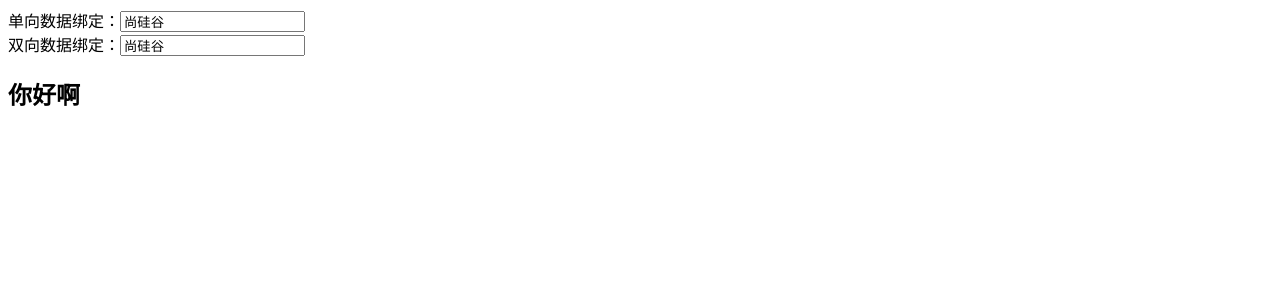
Repository: Lconfident/Learning_Process
Page: Vue/vue_basic/03_数据绑定/数据绑定.html
An editor plug-in stored every save of this project. The page is shown before and after a run of saves, followed by the edit.
The browser window is 1280 px wide. The pictures show the whole page.

Above is the page before, as saved 2023-07-16 09:49:16.

### Vue/vue_basic/03_数据绑定/数据绑定.html
<!DOCTYPE html>
<html lang="en">
<head>
    <meta charset="UTF-8">
    <meta name="viewport" content="width=device-width, initial-scale=1.0">
    <title>Doc</title>
    <!-- 引入Vue -->
    <script type="text/javascript" src="../../js/vue.js"></script>
</head>
<body>
    <!-- 准备好一个容器 -->
    <div id="root">
        <!-- 普通写法 -->
        单向数据绑定：<input type="text" v-bind:value="name"><br>
        双向数据绑定：<input type="text" v-model:value="name"><br>

        <!-- 简写 -->

        <!-- 如下代码是错误的，因为v-model指令只能应用在表单类元素（输入类元素）上 -->
        <h2 v-model:x="name">你好啊</h2>
    </div>

    <script type="text/javascript">
        new Vue({
            el:'#root',
            data:{
                name:'尚硅谷'
            }
        })
    </script>
</body>
</html>

Loaded but not shown: Vue/js/vue.js (library)

After the next 2 saves:
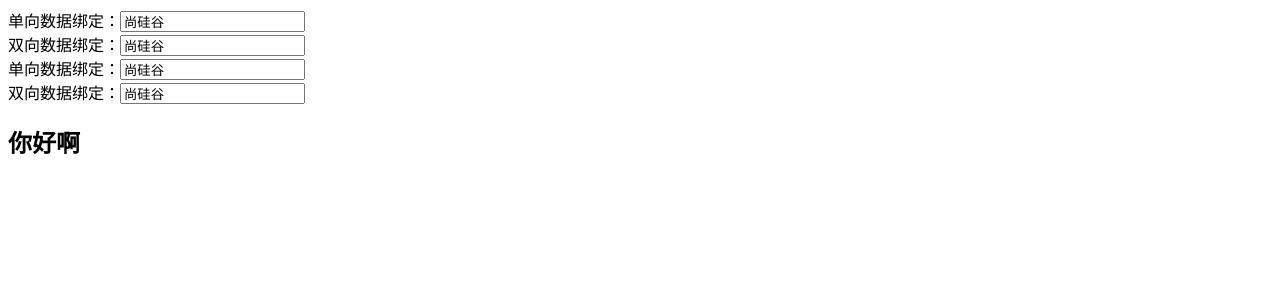
The 2 saves are shown as one change because they came seconds apart.
The last was saved 5 s later.
--- a/Vue/vue_basic/03_数据绑定/数据绑定.html
+++ b/Vue/vue_basic/03_数据绑定/数据绑定.html
@@ -1,5 +1,6 @@
 <!DOCTYPE html>
 <html lang="en">
+
 <head>
     <meta charset="UTF-8">
     <meta name="viewport" content="width=device-width, initial-scale=1.0">
@@ -7,6 +8,7 @@
     <!-- 引入Vue -->
     <script type="text/javascript" src="../../js/vue.js"></script>
 </head>
+
 <body>
     <!-- 准备好一个容器 -->
     <div id="root">
@@ -15,6 +17,8 @@
         双向数据绑定：<input type="text" v-model:value="name"><br>
 
         <!-- 简写 -->
+        单向数据绑定：<input type="text" v-bind:value="name"><br>
+        双向数据绑定：<input type="text" v-model:value="name"><br>
 
         <!-- 如下代码是错误的，因为v-model指令只能应用在表单类元素（输入类元素）上 -->
         <h2 v-model:x="name">你好啊</h2>
@@ -22,11 +26,12 @@
 
     <script type="text/javascript">
         new Vue({
-            el:'#root',
-            data:{
-                name:'尚硅谷'
+            el: '#root',
+            data: {
+                name: '尚硅谷'
             }
         })
     </script>
 </body>
+
 </html>
